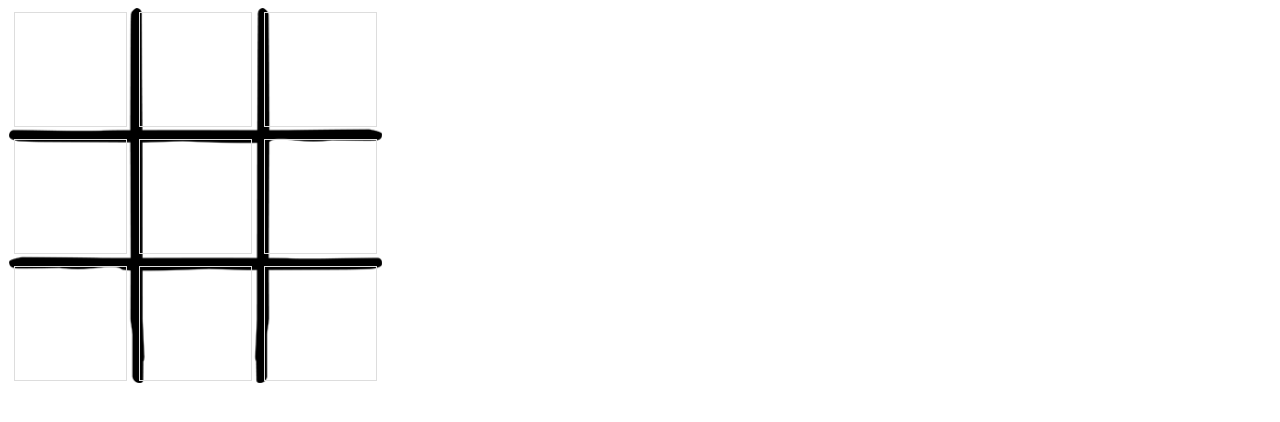
Repository: patrykcode/tic-tac-toe
Page: index.html
An editor plug-in stored every save of this project. The page is shown before and after the next save, followed by the edit.
The browser window is 1280 px wide. The pictures show the whole page.

Above is the page before, as saved 2020-09-20 11:41:47.

After the next save:
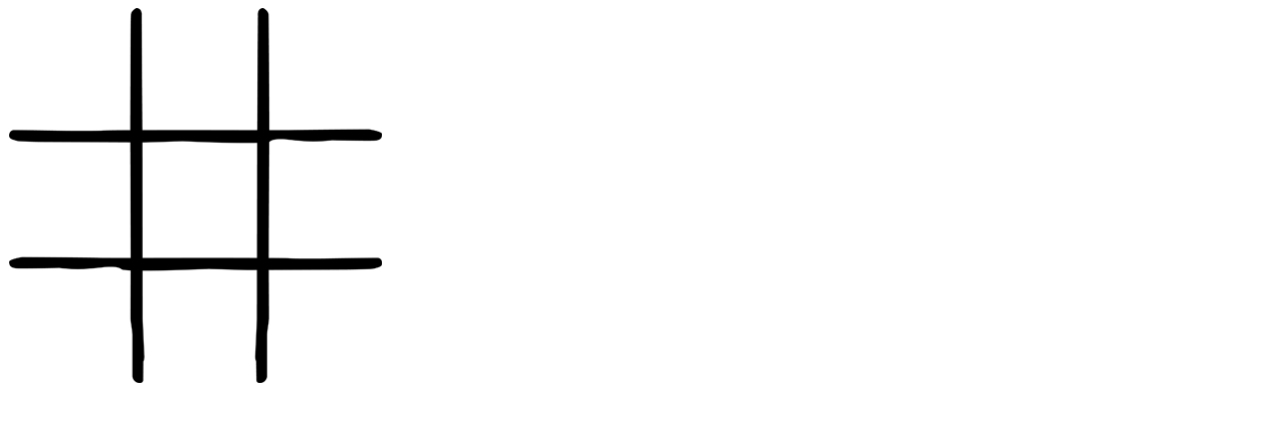
Saved 22 s later.
--- a/index.html
+++ b/index.html
@@ -41,7 +41,6 @@
       }
       .sqm {
         display: inline-block;
-        border: 1px solid #ddd;
         width: 113px;
         height: 115px;
         margin: 4px 6px;
